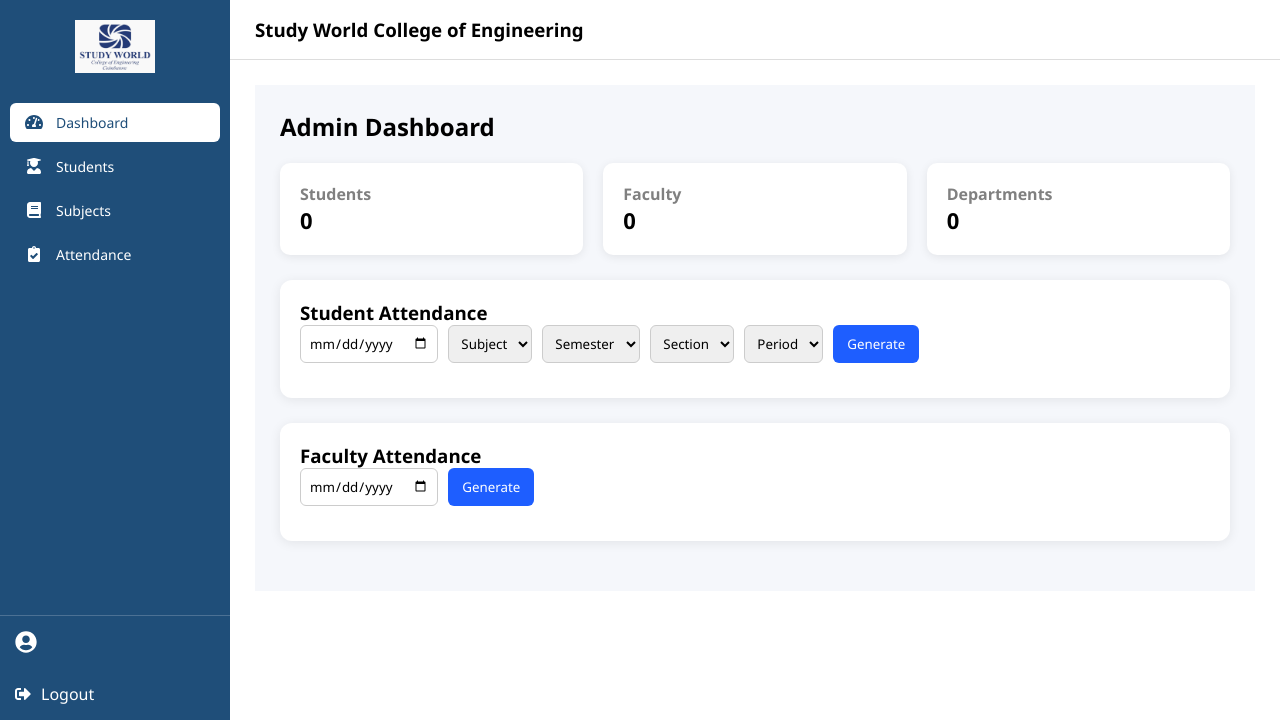
Repository: arthanarieswara/frontend
Page: /dashboard
The author's editor kept a copy of each file at every save. The page is drawn from the files as they stood at one save, then again after the next save.
The browser window is 1280 px wide. The pictures show the whole page.
The page's requests for data from a server got no answer. The project was rebuilt for these pictures with package versions that can differ from the ones it lists, and the page was loaded fresh each time. No one was signed in, and anything a server would have sent is missing. Also part of the build but not shown: vite.config.js, src/pages/auth/Login.jsx, src/pages/departments/Departments.css, src/pages/departments/Departments.jsx, src/pages/students/Students.css, src/pages/students/Students.jsx, src/pages/faculty/Faculty.css, src/pages/faculty/Faculty.jsx and 11 more. Imported but missing from the stored project, and not drawn on this page: src/routes/pages/marks/Marks.

Above is the page before, as saved 2026-04-08 16:13:16.

### index.html
<!doctype html>
<html lang="en">
  <head>
    <meta charset="UTF-8" />
    <link rel="icon" type="image/svg+xml" href="/college-logo.png" />
    <meta name="viewport" content="width=device-width, initial-scale=1.0" />
    <title>SWMS</title>
  </head>
  <body>
    <div id="root"></div>
    <script type="module" src="/src/main.jsx"></script>
  </body>
</html>

### src/App.jsx
import AppRoutes from "./routes/AppRoutes";

function App() {
  return <AppRoutes />;
}

export default App;

### src/routes/AppRoutes.jsx
import { BrowserRouter, Routes, Route } from "react-router-dom";

import Login from "../pages/auth/Login";
import Dashboard from "../pages/dashboard/Dashboard";
import Departments from "../pages/departments/Departments";
import Students from "../pages/students/Students";
import Faculty from "../pages/faculty/Faculty";
import Subjects from "../pages/Subjects/Subjects";
import Attendance from "../pages/Attendance/Attendance";
import Users from "../pages/users/Users";
import UserMapping from "../pages/UserMapping/UserMapping"; // ✅ NEW
import FacultyAttendance from "../pages/faculty/FacultyAttendance";
import Marks from "./pages/marks/Marks";
function AppRoutes() {
  return (
    <BrowserRouter>
      <Routes>
        <Route path="/" element={<Login />} />
        <Route path="/dashboard" element={<Dashboard />} />
        <Route path="/departments" element={<Departments />} />
        <Route path="/students" element={<Students />} />
        <Route path="/faculty" element={<Faculty />} />
        <Route path="/subjects" element={<Subjects />} />
        <Route path="/attendance" element={<Attendance />} />
        <Route path="/users" element={<Users />} />
        <Route path="/faculty-attendance" element={<FacultyAttendance />} />

        {/* ✅ NEW ROUTE */}
        <Route path="/mapping" element={<UserMapping />} />
        <Route path="/marks" element={<Marks />} />
      </Routes>
    </BrowserRouter>
  );
}

export default AppRoutes;

### src/pages/dashboard/Dashboard.jsx
import { useEffect, useState } from "react";
import Layout from "../../components/Layout";
import api from "../../api/api";
import "./Dashboard.css";

function Dashboard() {

  const [data, setData] = useState({
    students: 0,
    faculty: 0,
    departments: 0,
  });

  const [subjects, setSubjects] = useState([]);

  /* ================= STUDENT ================= */
  const [sDate, setSDate] = useState("");
  const [subject, setSubject] = useState("");
  const [semester, setSemester] = useState("");
  const [section, setSection] = useState("");
  const [period, setPeriod] = useState("");

  const [studentSummary, setStudentSummary] = useState(null);

  /* ================= FACULTY ================= */
  const [fDate, setFDate] = useState("");
  const [facultySummary, setFacultySummary] = useState([]);
  const [facultyTotal, setFacultyTotal] = useState(0);

  useEffect(() => {
    fetchDashboard();
    fetchSubjects();
  }, []);

  const fetchDashboard = async () => {
    const res = await api.get("/dashboard/admin");
    setData(res.data);
  };

  const fetchSubjects = async () => {
    const res = await api.get("/subjects");
    setSubjects(res.data || []);
  };

  /* ================= STUDENT REPORT ================= */

  const getStudentReport = async () => {
    if (!sDate) return alert("Select date");

    let url = `/attendance/summary?date=${sDate}`;

    if (subject) url += `&subject_id=${subject}`;
    if (period) url += `&period=${period}`;
    if (semester) url += `&semester=${semester}`;
    if (section) url += `&section=${section}`;

    const res = await api.get(url);
    setStudentSummary(res.data);
  };

  /* ================= FACULTY REPORT ================= */

  const getFacultyReport = async () => {
    if (!fDate) return alert("Select date");

    const res = await api.get(
      `/faculty-attendance/summary?date=${fDate}`
    );

    setFacultySummary(res.data.statusSummary);
    setFacultyTotal(res.data.total);
  };

  return (
    <Layout>
      <div className="dashboard">

        <h2 className="dashboard-title">Admin Dashboard</h2>

        {/* ================= STATS ================= */}
        <div className="stats-grid">

          <div className="stat-card">
            <h4>Students</h4>
            <p>{data.students}</p>
          </div>

          <div className="stat-card">
            <h4>Faculty</h4>
            <p>{data.faculty}</p>
          </div>

          <div className="stat-card">
            <h4>Departments</h4>
            <p>{data.departments}</p>
          </div>

        </div>

        {/* ================= STUDENT SECTION ================= */}

        <div className="section-card">

          <h3>Student Attendance</h3>

          <div className="filters">

            <input
              type="date"
              value={sDate}
              onChange={(e) => setSDate(e.target.value)}
            />

            <select value={subject} onChange={(e) => setSubject(e.target.value)}>
              <option value="">Subject</option>
              {subjects.map((s) => (
                <option key={s.id} value={s.id}>{s.name}</option>
              ))}
            </select>

            <select value={semester} onChange={(e) => setSemester(e.target.value)}>
              <option value="">Semester</option>
              {[1,2,3,4,5,6,7,8].map(s => (
                <option key={s} value={s}>Sem {s}</option>
              ))}
            </select>

            <select value={section} onChange={(e) => setSection(e.target.value)}>
              <option value="">Section</option>
              <option value="A">A</option>
              <option value="B">B</option>
            </select>

            <select value={period} onChange={(e) => setPeriod(e.target.value)}>
              <option value="">Period</option>
              {[1,2,3,4,5,6,7,8].map(p => (
                <option key={p} value={p}>P{p}</option>
              ))}
            </select>

            <button onClick={getStudentReport}>
              Generate
            </button>

          </div>

          {/* STUDENT RESULT */}
          {studentSummary && (
            <div className="report-grid">

              <div className="report-card present">
                <h4>Present</h4>
                <p>{studentSummary?.data?.present_count}</p>
              </div>

              <div className="report-card absent">
                <h4>Absent</h4>
                <p>{studentSummary?.data?.absent_count}</p>
              </div>

              <div className="report-card total">
                <h4>Total</h4>
                <p>{studentSummary?.data?.total_students}</p>
              </div>

            </div>
          )}

        </div>

        {/* ================= FACULTY SECTION ================= */}

        <div className="section-card">

          <h3>Faculty Attendance</h3>

          <div className="filters">

            <input
              type="date"
              value={fDate}
              onChange={(e) => setFDate(e.target.value)}
            />

            <button onClick={getFacultyReport}>
              Generate
            </button>

          </div>

          {/* FACULTY RESULT */}
          {facultySummary.length > 0 && (
            <div className="report-grid">

              {facultySummary.map((f, i) => (
                <div className="report-card" key={i}>
                  <h4>{f.status}</h4>
                  <p>{f.count}</p>
                </div>
              ))}

              <div className="report-card total">
                <h4>Total</h4>
                <p>{facultyTotal}</p>
              </div>

            </div>
          )}

        </div>

      </div>
    </Layout>
  );
}

export default Dashboard;

### src/api/api.js
import axios from "axios";

const api = axios.create({
  baseURL: "http://localhost:5000/api",
});

/* ✅ Attach token automatically */
api.interceptors.request.use((config) => {
  const token = localStorage.getItem("token");

  if (token) {
    config.headers.Authorization = `Bearer ${token}`;
  }

  return config;
});

export default api;

### src/pages/auth/Login.css
*{
  margin:0;
  padding:0;
  box-sizing:border-box;
  font-family:"Segoe UI",sans-serif;
}

/* ANIMATED BACKGROUND */

.login-wrapper{
  height:100vh;
  display:flex;
  justify-content:center;
  align-items:center;
  background:linear-gradient(270deg,#0f4c81,#3a8bfd,#1a6ed8);
  background-size:600% 600%;
  animation:gradientBG 10s ease infinite;
}

@keyframes gradientBG{
  0%{background-position:0% 50%}
  50%{background-position:100% 50%}
  100%{background-position:0% 50%}
}

/* LOGIN CARD */

.login-card{
  width:420px;
  padding:40px;
  border-radius:12px;
  background:rgba(255,255,255,0.15);
  backdrop-filter:blur(15px);
  box-shadow:0 15px 40px rgba(0,0,0,0.3);
  text-align:center;
  color:white;
}

/* COLLEGE HEADER */

.college-logo{
  width:70px;
  margin-bottom:10px;
}

.college-header h1{
  font-size:20px;
  margin-bottom:5px;
}

.college-header p{
 font-size:13px;
  opacity:0.9;
}

.college-header span{
  font-size:12px;
  opacity:0.8;
}

.college-header{
  margin-bottom:30px;
}

/* INPUT GROUP */

.input-group{

  position:relative;
  margin-bottom:20px;
}

.input-group input{
  width:100%;
  padding:12px;
  border:none;
  border-radius:6px;
  outline:none;
  font-size:14px;
}

/* FLOATING LABEL */

.input-group label{
  position:absolute;
  left:12px;
  top:50%;
  transform:translateY(-50%);
  color:#000000;
  font-size:14px;
  pointer-events:none;
  transition:0.3s;
}

.input-group input:focus + label,
.input-group input:not(:placeholder-shown) + label{
  top:-8px;
  /* background:white; */
  padding:0 5px;
  font-size:15px;
  color:white;
}

/* PASSWORD ICON */

.password-group{
 position:relative;
}

.eye-icon{
  position:absolute;
  right:10px;
  top:50%;
  transform:translateY(-50%);
  cursor:pointer;
  color:#444;
}

/* BUTTON */

.login-btn{
  width:100%;
  padding:12px;
  border:none;
  border-radius:6px;
  background:white;
  color:#0f4c81;
  font-size:16px;
  font-weight:bold;
  cursor:pointer;
  transition:all 0.3s;
}

.login-btn:hover{
  transform:translateY(-2px);
  box-shadow:0 5px 15px rgba(0,0,0,0.3);
}

### src/components/Layout.jsx
import { useState } from "react";
import Sidebar from "./Sidebar";
import Navbar from "./Navbar";

function Layout({ children }) {

  const [collapsed,setCollapsed] = useState(false);

  return (

    <div style={{display:"flex"}}>

      <Sidebar collapsed={collapsed} />

      <div style={{flex:1}}>

        <Navbar toggleSidebar={()=>setCollapsed(!collapsed)} />

        <div style={{padding:"25px"}}>
          {children}
        </div>

      </div>

    </div>

  );

}

export default Layout;

### src/pages/dashboard/Dashboard.css
/* PAGE */
.dashboard {
  padding: 25px;
  background: #f5f7fb;
}

.dashboard-title {
  margin-bottom: 20px;
}

/* ================= STATS ================= */

.stats-grid {
  display: flex;
  gap: 20px;
  margin-bottom: 25px;
}

.stat-card {
  flex: 1;
  background: white;
  padding: 20px;
  border-radius: 10px;
  box-shadow: 0 2px 10px rgba(0,0,0,0.08);
}

.stat-card h4 {
  color: gray;
}

.stat-card p {
  font-size: 22px;
  font-weight: bold;
}

/* ================= SECTION ================= */

.section-card {
  background: white;
  padding: 20px;
  border-radius: 12px;
  margin-bottom: 25px;
  box-shadow: 0 2px 12px rgba(0,0,0,0.08);
}

/* ================= FILTER ================= */

.filters {
  display: flex;
  gap: 10px;
  flex-wrap: wrap;
  margin-bottom: 15px;
}

.filters input,
.filters select {
  padding: 8px;
  border-radius: 6px;
  border: 1px solid #ccc;
}

.filters button {
  background: #1e5eff;
  color: white;
  border: none;
  padding: 8px 14px;
  border-radius: 6px;
  cursor: pointer;
}

.filters button:hover {
  background: #1748c7;
}

/* ================= REPORT ================= */

.report-grid {
  display: flex;
  gap: 15px;
  flex-wrap: wrap;
}

.report-card {
  flex: 1;
  min-width: 120px;
  padding: 15px;
  border-radius: 10px;
  background: #eef2ff;
  text-align: center;
}

.report-card.present {
  background: #d4edda;
}

.report-card.absent {
  background: #f8d7da;
}

.report-card.total {
  background: #1e5eff;
  color: white;
}

### src/components/Sidebar.jsx
import { NavLink, useNavigate } from "react-router-dom";
import {
  FaTachometerAlt,
  FaUniversity,
  FaUserGraduate,
  FaChalkboardTeacher,
  FaBook,
  FaClipboardCheck,
  FaSignOutAlt,
  FaUserCircle,
  FaUsers,
  FaProjectDiagram,

} from "react-icons/fa";

import "./Sidebar.css";

function Sidebar({ collapsed }) {
  const navigate = useNavigate();

  const user = JSON.parse(localStorage.getItem("user"));
  const role = user?.role;

  const handleLogout = () => {
    localStorage.removeItem("token");
    localStorage.removeItem("user");
    navigate("/");
  };

  return (
    <div className="main-content">
      <div className={`sidebar ${collapsed ? "collapsed" : ""}`}>
        <div className="sidebar-header">
          <img src="/college-logo.png" className="sidebar-logo" />
        </div>

        <nav className="menu">
          {/* COMMON (ADMIN + FACULTY) */}
          <NavLink to="/dashboard" className="menu-item">
            <FaTachometerAlt />
            <span>Dashboard</span>
          </NavLink>

          <NavLink to="/students" className="menu-item">
            <FaUserGraduate />
            <span>Students</span>
          </NavLink>

          <NavLink to="/subjects" className="menu-item">
            <FaBook />
            <span>Subjects</span>
          </NavLink>

          <NavLink to="/attendance" className="menu-item">
            <FaClipboardCheck />
            <span>Attendance</span>
          </NavLink>

          {/* ADMIN ONLY */}
          {role === "Admin" && (
            <>
              <NavLink to="/departments" className="menu-item">
                <FaUniversity />
                <span>Departments</span>
              </NavLink>

              <NavLink to="/faculty" className="menu-item">
                <FaChalkboardTeacher />
                <span>Faculty</span>
              </NavLink>

              <NavLink to="/users" className="menu-item">
                <FaUsers />
                <span>Users</span>
              </NavLink>

              <NavLink to="/mapping" className="menu-item">
                <FaProjectDiagram />
                <span>Mapping</span>
              </NavLink>

              <NavLink to="/faculty-attendance" className="menu-item">
                <FaClipboardCheck />
                <span>Faculty Attendance</span>
              </NavLink>\

              <NavLink to="/marks" className="menu-item">
                <FaClipboardCheck />
                <span>Marks</span>
              </NavLink>

            </>
          )}
        </nav>

        {/* PROFILE + LOGOUT */}

        <div className="bottom-section">
          <div className="profile">
            <FaUserCircle className="profile-icon" />
            <span>{role}</span>
          </div>

          <div className="logout" onClick={handleLogout}>
            <FaSignOutAlt />
            <span>Logout</span>
          </div>
        </div>
      </div>
    </div>
  );
}

export default Sidebar;

### src/components/Navbar.jsx
import { FaBars } from "react-icons/fa";
import "./Navbar.css";

function Navbar({ toggleSidebar }) {

    return (

        <div className="navbar">

            {/* <FaBars className="toggle-btn" onClick={toggleSidebar} /> */}

            <h3>Study World College of Engineering</h3>

        </div>

    )

}

export default Navbar;

### src/components/Sidebar.css
.sidebar {
  width: 230px;
  height: 100vh;
  background: #1f4e79;
  color: white;
  display: flex;
  flex-direction: column;
  justify-content: space-between;
  position: fixed;
  left: 0;
  top: 0;
}

/* HEADER */

.sidebar-header {
  display: flex;
  justify-content: center;
  align-items: center;
  padding: 20px 10px;
}

.sidebar-logo {
  width: 80px;
  object-fit: contain;
}

/* MENU */

.menu {
  display: flex;
  flex-direction: column;
  gap: 5px;
  padding: 10px;
}

/* MENU ITEM */

.menu-item {
  display: flex;
  align-items: center;
  gap: 12px;
  padding: 10px 14px;
  color: white;
  text-decoration: none;
  border-radius: 6px;
  transition: 0.3s;
  font-size: 14px;
}

.menu-item svg {
  font-size: 16px;
  min-width: 20px;
}

.menu-item:hover {
  background: rgba(255, 255, 255, 0.15);
}

.menu-item.active {
  background: white;
  color: #1f4e79;
}

/* PUSH BOTTOM SECTION DOWN */

.bottom-section {
  margin-top: auto;
}

/* PROFILE */

.profile {
  display: flex;
  align-items: center;
  gap: 10px;
  padding: 15px;
  border-top: 1px solid rgba(255, 255, 255, 0.2);
}

.profile-icon {
  font-size: 22px;
}

/* LOGOUT */

.logout {
  display: flex;
  align-items: center;
  gap: 10px;
  padding: 15px;
  cursor: pointer;
  transition: 0.3s;
}

.logout:hover {
  background: rgba(255, 0, 0, 0.2);
}

.main-content {
  margin-left: 190px; /* SAME AS SIDEBAR WIDTH */
  padding: 20px;
}

### src/components/Navbar.css
.navbar{
  height:60px;
  background:white;
  border-bottom:1px solid #ddd;
  display:flex;
  align-items:center;
  padding:0 25px;
}

### src/pages/marks/Marks.css
.marks-page {
  padding: 25px;
  background: #f5f7fb;
}

h2 {
  margin-bottom: 20px;
}

/* FILTERS */
.filters {
  display: flex;
  gap: 12px;
  flex-wrap: wrap;
  margin-bottom: 20px;
}

.filters select,
.filters input {
  padding: 8px 10px;
  border-radius: 6px;
  border: 1px solid #ccc;
}

.filters button {
  background: #1e5eff;
  color: white;
  border: none;
  padding: 8px 15px;
  border-radius: 6px;
  cursor: pointer;
}

.filters button:hover {
  background: #1748c7;
}

/* TABLE */
.marks-table {
  width: 100%;
  border-collapse: collapse;
  background: white;
  border-radius: 10px;
  overflow: hidden;
}

.marks-table th {
  background: #1e5eff;
  color: white;
  padding: 12px;
}

.marks-table td {
  padding: 10px;
  border-bottom: 1px solid #eee;
}

.marks-table input {
  width: 80px;
  padding: 5px;
  border-radius: 4px;
  border: 1px solid #ccc;
}

/* BUTTON */
.save-btn {
  margin-top: 20px;
  padding: 10px 20px;
  background: #16a34a;
  color: white;
  border: none;
  border-radius: 6px;
  cursor: pointer;
}

.save-btn:hover {
  background: #15803d;
}

Loaded but not shown: src/main.jsx (common file)

After the next save:
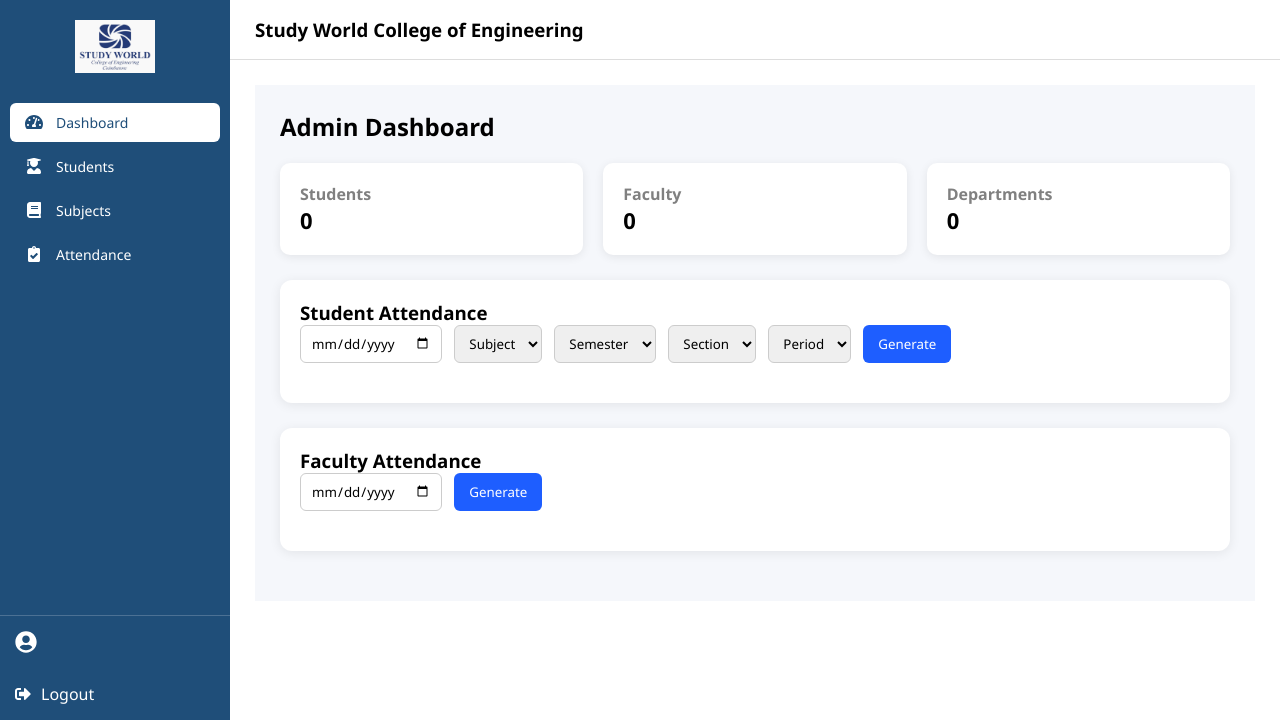
Saved 3 min 21 s later.
--- a/src/routes/AppRoutes.jsx
+++ b/src/routes/AppRoutes.jsx
@@ -10,7 +10,7 @@ import Attendance from "../pages/Attendance/Attendance";
 import Users from "../pages/users/Users";
 import UserMapping from "../pages/UserMapping/UserMapping"; // ✅ NEW
 import FacultyAttendance from "../pages/faculty/FacultyAttendance";
-import Marks from "./pages/marks/Marks";
+import Marks from "../pages/marks/Marks";
 function AppRoutes() {
   return (
     <BrowserRouter>
--- a/src/components/Sidebar.jsx
+++ b/src/components/Sidebar.jsx
@@ -84,10 +84,6 @@ function Sidebar({ collapsed }) {
                 <span>Faculty Attendance</span>
               </NavLink>\
 
-              <NavLink to="/marks" className="menu-item">
-                <FaClipboardCheck />
-                <span>Marks</span>
-              </NavLink>
 
             </>
           )}
